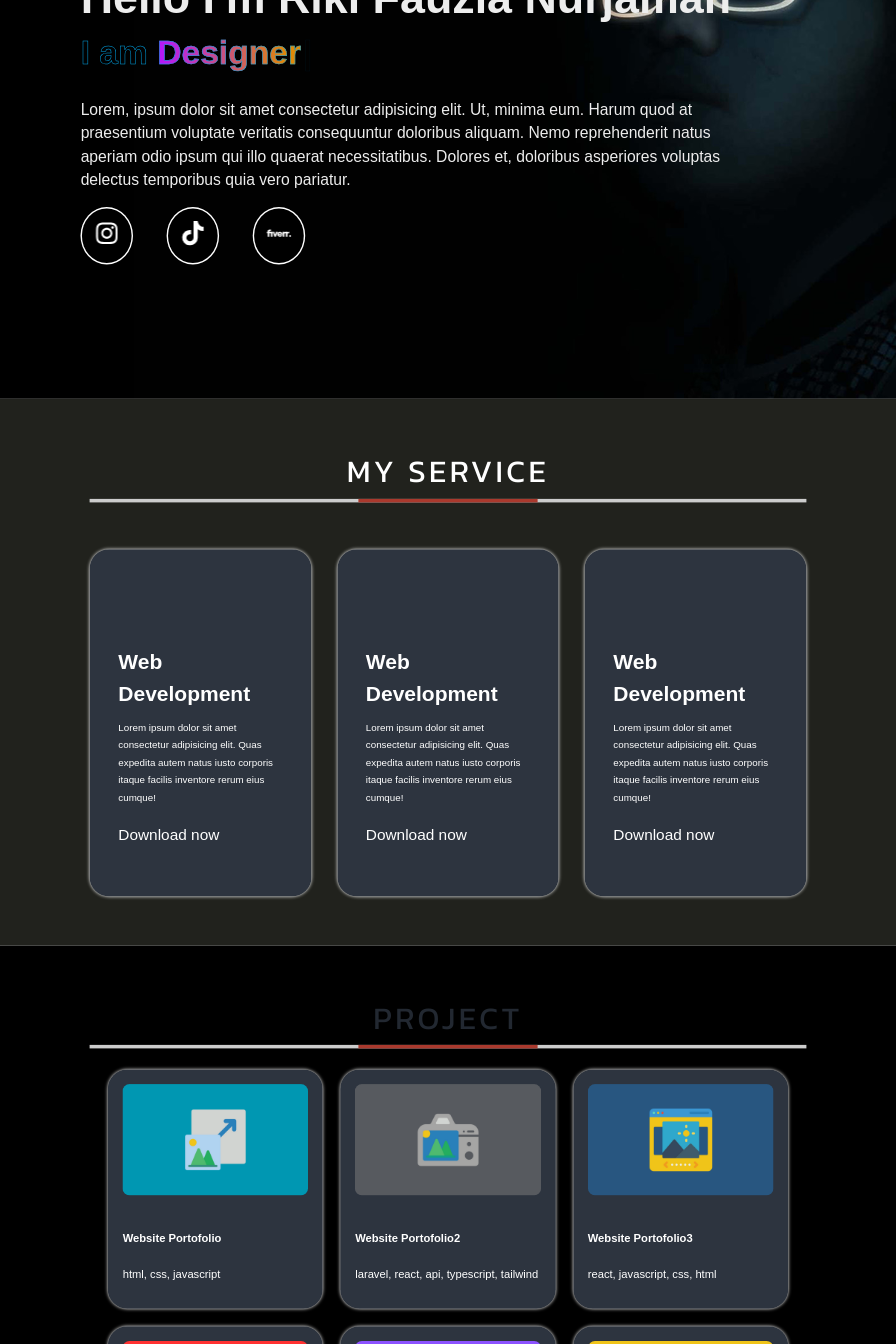
Repository: sellayspy/Portofolio
Page: /
These files come from the project's save history. The page is drawn as it stood at one moment and after the next save; the edit follows.
The browser window is 1280 px wide. The pictures show the part of the page from y = 474 to 2394 px (the page is 5891 px tall), at 70% of full size.
The project was rebuilt for these pictures with package versions that can differ from the ones it lists, and the page was loaded fresh each time. Also part of the build but not shown: vite.config.js, src/styles/DetailPortfolio.css, src/components/ScrollToTop.jsx, src/pages/DetailPortfolio.jsx, src/pages/PagesNotFound.jsx.

Above is the page before, as saved 2024-09-16 21:07:58.

### index.html
<!DOCTYPE html>
<html lang="en">
  <head>
    <meta charset="UTF-8" />
    <link rel="icon" type="image/svg+xml" href="/vite.svg" />
    <meta name="viewport" content="width=device-width, initial-scale=1.0" />
    <title>Portofolio RikiFN</title>
  </head>
  <body>
    <div id="root"></div>
    <script type="module" src="/src/main.jsx"></script>
  </body>
</html>

### src/App.jsx
import "./App.css";
import Home from "./pages/Home";
import DetailPortfolio from "./pages/DetailPortfolio";

import { BrowserRouter, Routes, Route } from "react-router-dom";
import PagesNotFound from "./pages/PagesNotFound";

const App = () => {
  return (
    <BrowserRouter>
      <Routes>
        <Route path="/" element={<Home />} />
        <Route path="/portfolio/:id" element={<DetailPortfolio />} />
        <Route path="/pages-not-found" element={<PagesNotFound />} />
        <Route path="*" element={<PagesNotFound />} />
      </Routes>
    </BrowserRouter>
  );
};

export default App;

### src/App.css
/* Global */
@import url("https://fonts.googleapis.com/css2?family=Nunito+Sans:opsz,wght@6..12,300&display=swap");
@import url("https://fonts.googleapis.com/css2?family=Kanit&display=swap");

html,
body {
  margin: 0px;
  padding: 0px;
  border: none;
  outline: none;
  box-sizing: border-box;
  text-decoration: none;
  scroll-behavior: smooth;
  font-family: "poppins", sans-serif;
}
.wrapper {
  width: 1024px;
  margin: auto;
  padding: 20px 0px 20px 0px;
}

section {
  padding: 50px 0px 50px 0px;
}

.wrapper > h3,
.wrapper > h1 {
  text-align: center;
  font-size: 2.8rem;
  margin: 0px 0px 30px 0px;
  padding: 0px;
  font-family: "Kanit", sans-serif;
  color: #222831;
  letter-spacing: 5px;
  text-transform: uppercase;
  border-bottom: 5px solid #cccccc;
}
.wrapper > h3::after,
.wrapper > h1::after {
  content: "";
  display: block;
  border-bottom: 5px solid #aa392d;
  width: 25%;
  position: relative;
  bottom: -5px; /* your padding + border-width */
  margin: auto;
}

@media only screen and (max-width: 1000px) {
  .wrapper {
    width: 80%;
  }
}

### src/pages/Home.jsx
import About from "../components/About";
import Contact from "../components/Contact";
import Experience from "../components/Experience";
import Footer from "../components/Footer";
import Header from "../components/Header";
import Navbar from "../components/Navbar";
import Portfolio from "../components/Portfolio";
import Service from "../components/Service";

function Home() {
  return (
    <>
      <Navbar />
      <Header />
      <Service />
      <Portfolio />
      <Experience />
      <Contact />
      <About />
      <Footer />
    </>
  );
}

export default Home;

### src/components/About.jsx
import { FaHtml5 } from "react-icons/fa";
import { IoLogoJavascript } from "react-icons/io";
import { FaCss3 } from "react-icons/fa";
import { FaLaravel } from "react-icons/fa";
import { FaReact } from "react-icons/fa";
import { RiTailwindCssFill } from "react-icons/ri";
import { SiCoreldraw } from "react-icons/si";
import { SiAdobephotoshop } from "react-icons/si";
import "../styles/About.css";

const About = () => {
  return (
    <section id="about">
      <div className="wrapper">
        <h3>About</h3>
        <p>
          Lorem ipsum dolor sit amet consectetur adipisicing elit. Totam magni,
          dolorum, explicabo obcaecati ut impedit officiis quae non natus
          praesentium ex, excepturi asperiores laboriosam distinctio vitae
          cupiditate nulla debitis consectetur?
        </p>
        <p>
          Lorem ipsum dolor sit amet consectetur, adipisicing elit. Corporis,
          similique.
        </p>
        <p>Lorem ipsum dolor sit amet.</p>
        <h4>Programing Language & Tools</h4>
        <div className="skills">
          <FaHtml5 />
          <FaCss3 />
          <IoLogoJavascript />
          <RiTailwindCssFill />
          <FaLaravel />
          <FaReact />
          <SiCoreldraw />
          <SiAdobephotoshop />
        </div>
      </div>
    </section>
  );
};

export default About;

### src/components/Contact.jsx
import "../styles/Contact.css";

const Contact = () => {
  return (
    <section className="contact" id="contact">
      <div className="wrapper">
        <h3 style={{ color: "#fff" }}>Contact</h3>

        <div className="contact-form">
          <form action="">
            <input type="text" placeholder="Name" required />
            <input type="text" placeholder="Email" required />
            <textarea
              name=""
              id=""
              cols="30"
              rows="10"
              placeholder="Message"
              required
            ></textarea>
            <input type="submit" value="Send" name="" className="send-btn" />
          </form>
        </div>
      </div>
    </section>
  );
};

export default Contact;

### src/components/Experience.jsx
import {
  VerticalTimeline,
  VerticalTimelineElement,
} from "react-vertical-timeline-component";
import "react-vertical-timeline-component/style.min.css";
import { SiNestjs } from "react-icons/si";
import { FaLaravel } from "react-icons/fa";
import { RiReactjsLine } from "react-icons/ri";
import { RiNextjsFill } from "react-icons/ri";
import { FaJava } from "react-icons/fa";
import { SiCoreldraw } from "react-icons/si";
import { DiPhotoshop } from "react-icons/di";
import "../styles/Experience.css";
const Experience = () => {
  return (
    <section id="experience">
      <div className="wrapper">
        <h3>Skills</h3>

        <VerticalTimeline>
          <VerticalTimelineElement
            className="vertical-timeline-element--work"
            iconStyle={{ background: "#222831", color: "#fff" }}
            icon={<SiCoreldraw />}
          >
            <h3 className="vertical-timeline-element-title">Design Grafis</h3>
            <h4 className="vertical-timeline-element-subtitle">
              2018 - Present
            </h4>
            <p>User Experience, Visual Design</p>
          </VerticalTimelineElement>
          <VerticalTimelineElement
            className="vertical-timeline-element--work"
            iconStyle={{ background: "#222831", color: "#fff" }}
            icon={<DiPhotoshop />}
          >
            <h3 className="vertical-timeline-element-title">Design Grafis</h3>
            <h4 className="vertical-timeline-element-subtitle">
              2018 - Present
            </h4>
            <p>User Experience, Visual Design</p>
          </VerticalTimelineElement>
          <VerticalTimelineElement
            className="vertical-timeline-element--work"
            iconStyle={{ background: "#222831", color: "#fff" }}
            icon={<RiReactjsLine />}
          >
            <h3 className="vertical-timeline-element-title">Web Development</h3>
            <h4 className="vertical-timeline-element-subtitle">
              2018 - Present
            </h4>
            <p>User Experience, Visual Design</p>
          </VerticalTimelineElement>
          <VerticalTimelineElement
            className="vertical-timeline-element--work"
            date="2024 - present"
            iconStyle={{ background: "#222831", color: "#fff" }}
            icon={<RiNextjsFill />}
          >
            <h3 className="vertical-timeline-element-title">Web Designer</h3>
            <h4 className="vertical-timeline-element-subtitle">
              Los Angeles, CA
            </h4>
            <p>User Experience, Visual Design</p>
          </VerticalTimelineElement>
          <VerticalTimelineElement
            className="vertical-timeline-element--work"
            date="2024 - present"
            iconStyle={{ background: "#222831", color: "#fff" }}
            icon={<FaJava />}
          >
            <h3 className="vertical-timeline-element-title">Web Designer</h3>
            <h4 className="vertical-timeline-element-subtitle">
              Los Angeles, CA
            </h4>
            <p>User Experience, Visual Design</p>
          </VerticalTimelineElement>
          <VerticalTimelineElement
            className="vertical-timeline-element--work"
            date="2024 - present"
            iconStyle={{ background: "#222831", color: "#fff" }}
            icon={<SiCoreldraw />}
          >
            <h3 className="vertical-timeline-element-title">Web Designer</h3>
            <h4 className="vertical-timeline-element-subtitle">
              Los Angeles, CA
            </h4>
            <p>User Experience, Visual Design</p>
          </VerticalTimelineElement>
          <VerticalTimelineElement
            className="vertical-timeline-element--work"
            date="2024 - present"
            iconStyle={{ background: "#222831", color: "#fff" }}
            icon={<DiPhotoshop />}
          >
            <h3 className="vertical-timeline-element-title">Web Designer</h3>
            <h4 className="vertical-timeline-element-subtitle">
              Los Angeles, CA
            </h4>
            <p>User Experience, Visual Design</p>
          </VerticalTimelineElement>
        </VerticalTimeline>
      </div>
    </section>
  );
};

export default Experience;

### src/components/Footer.jsx
import "../styles/Footer.css";

const Footer = () => {
  return <footer>&copy; 2024. Riki Fauzia Nurjaman</footer>;
};

export default Footer;

### src/components/Header.jsx
import profilePicture from "../assets/test.png";
import { FaInstagram } from "react-icons/fa";
import { FaTiktok } from "react-icons/fa";
import { SiFiverr } from "react-icons/si";
import { useTypewriter, Cursor } from "react-simple-typewriter";
import "../styles/Header.css";
const Header = () => {
  const [text] = useTypewriter({
    words: ["Student", "Web Developer", "Designer"],
    loop: true,
  });

  const title = "Hello I'm Riki Fauzia Nurjaman";

  return (
    <header>
      <div className="header-jumbotron">
        <h1>
          {title.split("").map((letra) => (
            <span className="animated-tex">{letra}</span>
          ))}
        </h1>
        <h2>
          I am <span className="type-animation">{text}</span>
          <Cursor />
        </h2>

        <p>
          Lorem, ipsum dolor sit amet consectetur adipisicing elit. Ut, minima
          eum. Harum quod at praesentium voluptate veritatis consequuntur
          doloribus aliquam. Nemo reprehenderit natus aperiam odio ipsum qui
          illo quaerat necessitatibus. Dolores et, doloribus asperiores voluptas
          delectus temporibus quia vero pariatur.
        </p>
        <div className="socialMedia">
          <a href="https://www.instagram.com/rikifauzianurjaman/">
            <span>
              <FaInstagram />
            </span>
          </a>
          <a href="https://www.tiktok.com/@officialspylike">
            <span>
              <FaTiktok />
            </span>
          </a>
          <a href="https://www.fiverr.com/rikifauzianurja">
            <span>
              <SiFiverr />
            </span>
          </a>
        </div>
      </div>
    </header>
  );
};

export default Header;

### src/components/Navbar.jsx
import { FaBars } from "react-icons/fa6";
import { IoClose } from "react-icons/io5";
import "../styles/Navbar.css";
import { useState } from "react";
import { HashLink } from "react-router-hash-link";
import { Link } from "react-router-dom";

const Navbar = () => {
  const [statusTampil, setStatusTampil] = useState("");

  const tampilMenu = () => {
    if (statusTampil == "") {
      setStatusTampil("tampil");
    } else {
      setStatusTampil("");
    }
  };
  return (
    <nav>
      <div className="wrapper">
        <div className="logo">
          <Link to="/">Portfolio</Link>
        </div>
        <button onClick={tampilMenu}>
          {statusTampil == "" ? <FaBars /> : <IoClose />}
        </button>
        <div className={`menu ${statusTampil}`} onClick={tampilMenu}>
          <ul>
            <li>
              <HashLink to="/#portfolio">Project</HashLink>
            </li>
            <li>
              <HashLink to="/#service">Service</HashLink>
            </li>
            <li>
              <HashLink to="/#experience">Skills</HashLink>
            </li>
            <li>
              <HashLink to="/#contact">Contact</HashLink>
            </li>
          </ul>
        </div>
      </div>
    </nav>
  );
};

export default Navbar;

### src/components/Portfolio.jsx
import { portfolioList } from "../data/DataPortfolio";

import { Link } from "react-router-dom";

import "../styles/Portfolio.css";

const Portfolio = () => {
  return (
    <section id="portfolio">
      <div className="wrapper">
        <h3>Project</h3>
        <div className="grid">
          <div className="row">
            {portfolioList.map((item) => {
              return (
                <div className="item" key={item.id}>
                  <Link to={`/portfolio/${item.id}`}>
                    <img src={item.image} />
                    <h5>{item.title}</h5>
                    <p>{item.skill}</p>
                  </Link>
                </div>
              );
            })}
          </div>
        </div>
      </div>
    </section>
  );
};

export default Portfolio;

### src/components/Service.jsx
import "../styles/Service.css";

const Service = () => {
  return (
    <section id="service" className="service">
      <div className="wrapper">
        <h3 style={{ color: "#fff" }}>My Service</h3>

        <div className="service-grid">
          <div className="box">
            <img src="" alt="" />
            <h3>Web Development</h3>
            <p>
              Lorem ipsum dolor sit amet consectetur adipisicing elit. Quas
              expedita autem natus iusto corporis itaque facilis inventore rerum
              eius cumque!
            </p>
            <a href="">
              Download now <i className="ri-arrow-right-line"></i>
            </a>
          </div>
          <div className="box">
            <img src="" alt="" />
            <h3>Web Development</h3>
            <p>
              Lorem ipsum dolor sit amet consectetur adipisicing elit. Quas
              expedita autem natus iusto corporis itaque facilis inventore rerum
              eius cumque!
            </p>
            <a href="">
              Download now <i className="ri-arrow-right-line"></i>
            </a>
          </div>
          <div className="box">
            <img src="" alt="" />
            <h3>Web Development</h3>
            <p>
              Lorem ipsum dolor sit amet consectetur adipisicing elit. Quas
              expedita autem natus iusto corporis itaque facilis inventore rerum
              eius cumque!
            </p>
            <a href="">
              Download now <i className="ri-arrow-right-line"></i>
            </a>
          </div>
        </div>
      </div>
    </section>
  );
};

export default Service;

### src/data/DataPortfolio.jsx
import portfolio1 from "../assets/portfolio1.png";
import portfolio2 from "../assets/portfolio2.png";
import portfolio3 from "../assets/portfolio3.png";
import portfolio4 from "../assets/portfolio4.png";
import portfolio5 from "../assets/portfolio5.png";
import portfolio6 from "../assets/portfolio6.png";

export const portfolioList = [
  {
    id: "1",
    title: "Website Portofolio",
    image: portfolio1,
    skill: "html, css, javascript",
  },
  {
    id: "2",
    title: "Website Portofolio2",
    image: portfolio2,
    skill: "laravel, react, api, typescript, tailwind",
  },
  {
    id: "3",
    title: "Website Portofolio3",
    image: portfolio3,
    skill: "react, javascript, css, html",
  },
  {
    id: "4",
    title: "Website Portofolio4",
    image: portfolio4,
    skill: "reactjs, typescript, tailwind, nodejs",
  },
  {
    id: "5",
    title: "Desain Grafis Portofolio",
    image: portfolio5,
    skill: "adobephotoshop, coreldraw",
  },
  {
    id: "6",
    title: "Desain Grafis Portofolio2",
    image: portfolio6,
    skill: "adobephotoshop, coreldraw",
  },
];

### src/styles/About.css
#about {
  background-color: #eaedef;
  position: relative;
  font-size: 1.2rem;
}
#about > .wrapper {
  margin: auto;
  width: 50%;
}
#about > .wrapper > h3 {
  text-align: center;
  font-size: 2.8rem;
  margin: 0px 0px 30px 0px;
  padding: 0px;
  font-family: "Kanit", sans-serif;
  color: #333;
  letter-spacing: 5px;
  text-transform: uppercase;
}
#about > .wrapper > p {
  text-align: center;
}

#about > .wrapper > h4 {
  text-align: center;
  font-size: 1.4rem;
  margin: 0px 0px 20px 0px;
  padding: 0px;
  font-family: "Kanit", sans-serif;
  letter-spacing: 5px;
  color: #333;
}
.skills {
  text-align: center;
}
.skills > svg {
  display: inline-block;
  color: #74797e;
  width: 50px;
  height: auto;
  margin: 10px;
  cursor: pointer;
}

.skills > svg:hover {
  color: #aa392d;
}

@media only screen and (max-width: 1000px) {
  #about > .wrapper {
    width: 80%;
  }
}

### src/styles/Contact.css
#contact {
  background-color: #000000;
  color: #fff;
}

.contact-form {
  display: flex;
  align-items: center;
  justify-content: center;
  margin-top: 4.2rem;
}

.contact-form from {
  position: relative;
  width: 600px;
}

form input,
form textarea {
  width: 100%;
  padding: 20px;
  border: none;
  outline: none;
  box-shadow: 0 0 5px #fff;
  background: #2d343f;
  color: #fff;
  margin-bottom: 20px;
  border-radius: 8px;
}

form input::placeholder,
form textarea::placeholder {
  color: #fff;
  font-size: 12px;
}

form .send-btn {
  display: inline-block;
  padding: 11px 26px;
  background: grey;
  color: white;
  border: 2px solid #2d343f;
  border-radius: 8px;
  font-size: 15px;
  font-weight: 600;
  transition: all 0.5s ease;
  width: 30%;
}

form .send-btn:hover {
  background: transparent;
  color: #fff;
  box-shadow: 0 0 20px #fff;
  cursor: pointer;
}

### src/styles/Experience.css
#experience {
  background-color: #0a192f;
  position: relative;
}

### src/styles/Footer.css
footer {
  background-color: #39404a;
  text-align: center;
  line-height: 100px;
  color: #fff;
  letter-spacing: 5px;
}

### src/styles/Navbar.css
nav {
  background-color: black;
  color: #fff;
  position: sticky;
  top: 0;
  z-index: 100;
  text-transform: uppercase;
  box-shadow: 0px 0px 10px #fff;
}
nav > .wrapper {
  display: flex;
  justify-content: space-between;
  align-items: center;
}

.menu {
  width: 35%;
}

.logo {
  display: flex;
  align-items: center;
}
.logo > a {
  color: #fff;
  text-decoration: none;
  font-size: 1.5rem;
  font-weight: 900;
  letter-spacing: 8px;
}
.menu > ul {
  display: flex;
  list-style-type: none;
  margin: 0px;
  padding: 0px;
  justify-content: space-between;
  font-weight: bold;
}

.menu > ul > li > a {
  position: relative;
  text-decoration: none;
  color: #fff;
}

.menu > ul > li > a::before {
  content: "";
  position: absolute;
  top: 100%;
  left: 0;
  width: 0;
  height: 2px;
  background: yellow;
  box-shadow: 0px 0px 10px yellow;
  transition: 0.3s;
}

.menu > ul > li > a:hover::before {
  width: 100%;
}

nav > .wrapper > button {
  cursor: pointer;
  display: none;
  position: absolute;
  right: 10px;
  top: 10px;
  border: 0px;
  background-color: transparent;
  padding: 0px;
}
nav > .wrapper > button > svg {
  color: #fff;
  font-size: 50px;
}
@media only screen and (max-width: 1000px) {
  .menu > ul {
    display: none;
  }
  .menu.tampil > ul {
    display: inline;
  }
  .menu {
    text-align: right;
  }
  nav > .wrapper > button {
    display: inline;
  }
  .menu > ul {
    flex-direction: column;
    background-color: #060d1c;
    width: 100%;
    position: fixed;
    top: 70px;
    left: 0;
  }
  .menu > ul > li {
    text-align: left;
    cursor: pointer;
  }
  .menu > ul > li > a {
    display: inline-block;
    padding: 15px 20px 15px 50px;
    width: 100%;
  }
  .menu > ul > li > a:hover {
    background-color: #000;
  }
}

### src/styles/Portfolio.css
#portfolio {
  background-color: #000000;
  color: #fff;
}

.row {
  display: grid;
  grid-template-columns: 30% 30% 30%;
  grid-gap: 25px;
  align-items: center;
  justify-content: center;
}

.grid .item a {
  text-decoration: none;
  color: white;
}

.row .item a > h5 {
  font-size: 16px;
  font-weight: 800;
}

.row > .item > a > img {
  width: 100%;
  border-radius: 10px;
  margin-bottom: 1rem;
}

.grid .item {
  background: #2d343f;
  border-radius: 28px;
  border: 1px solid transparent;
  box-shadow: 0 0 5px #fff;
  padding: 20px;
  transition: all 0.5s ease;
}
.grid .item:hover {
  border: 1px solid #fff;
  transform: translateY(-5px) scale(1.03);
  cursor: pointer;
}

@media only screen and (max-width: 1000px) {
  .grid {
    grid-template-columns: 45% 45%;
  }
}

### src/styles/Service.css
#service {
  background-color: #21221d;
  color: #fff;
}

.service-grid {
  display: grid;
  grid-template-columns: repeat(auto-fit, minmax(300px, auto));
  align-items: center;
  gap: 2.3rem;
  margin-top: 4.2rem;
}

.box {
  padding: 80px 40px 66px;
  background: #2d343f;
  border-radius: 28px;
  border: 1px solid transparent;
  box-shadow: 0 0 5px white;
  transition: all 0.5s ease;
  cursor: pointer;
}
.box img {
  margin-bottom: 20px;
}
.box h3 {
  font-size: 30px;
  font-weight: 700;
  margin-bottom: 10px;
}
.box p {
  font-size: 14px;
  font-weight: 400;
  line-height: 25px;
  margin-bottom: 20px;
}
.box a {
  display: inline-block;
  font-size: 22px;
  line-height: 1.273em;
  padding: 7px 0;
  color: #fff;
  transition: all 0.5s ease;
  tex-decoration: none;
}
.box:hover {
  border: 1px solid white;
  transform: translateY(-5px) scale(1.03);
}

Loaded but not shown: src/main.jsx (common file); src/index.css (common file); src/styles/Header.css (267 lines, source omitted)

After the next save:
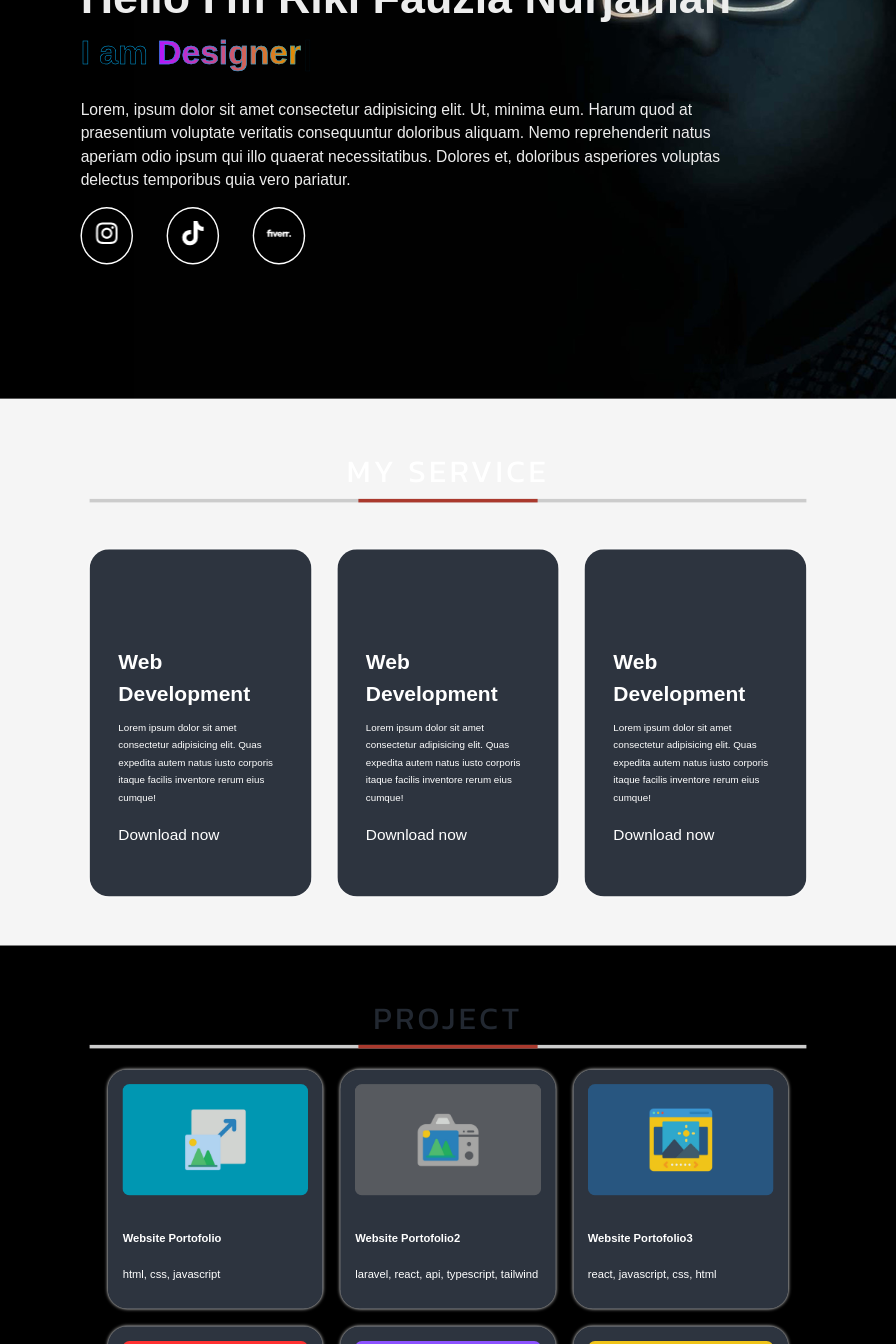
Saved 6 min 14 s later.
--- a/src/styles/Service.css
+++ b/src/styles/Service.css
@@ -1,5 +1,5 @@
 #service {
-  background-color: #21221d;
+  background-color: #f5f5f5;
   color: #fff;
 }
 
